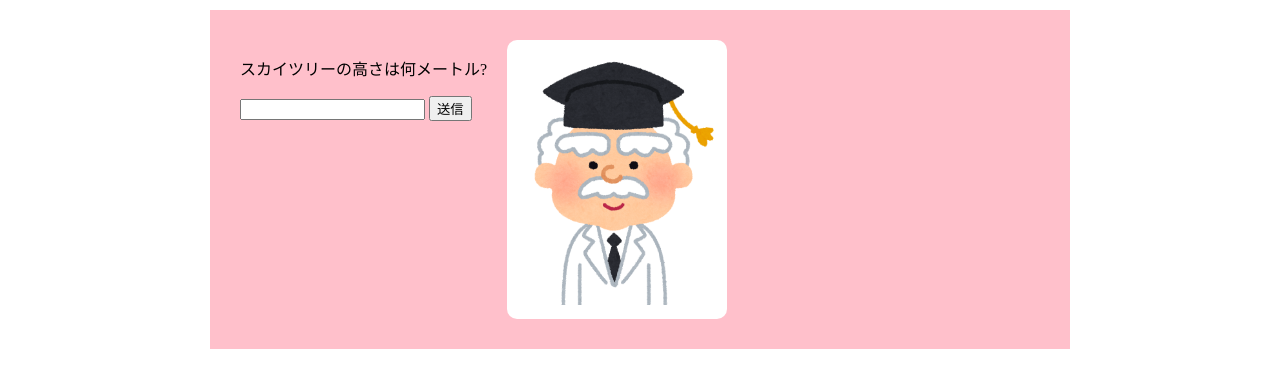
Repository: shotasuzuki01/shotaextest
Page: http://localhost/Quiz/
The author's editor kept a copy of each file at every save. The page is drawn from the files as they stood at one save, then again after the next save.
The browser window is 1280 px wide. The pictures show the whole page.
The page is served by Tomcat 9.

Above is the page before, as saved 2022-05-25 05:01:20.

### Quiz/WebContent/index.html
<!DOCTYPE html>
<html>
<head>
<meta charset="UTF-8">
<title>Quiz</title>
<link rel="stylesheet" href="/Quiz/css/main.css">
</head>
<body>
<div id="container">
	<div id="boxA">
		<p>スカイツリーの高さは何メートル?</p>
		<form action="/Quiz/Result" method="post">
			<input type="text" name="ans">
			<input type="submit" value="送信">
		</form>
	</div>
	<div id="boxB">
		<div class="imgBox">
			<img src="/Quiz/images/smile.png" alt="">
		</div>
	</div>
</div>
</body>
</html>

### Quiz/WebContent/css/main.css
@charset "UTF-8";
#container{
	width:800px;
	margin:10px auto;
	background:pink;
	display:flex;
	padding:30px;
}
#boxA{
	margin-right:20px;
}
#boxB .imgBox{
	border-radius:10px;
	overflow:hidden;
	width:200px;
	background:#fff;
	padding:18px 10px 10px;
}
#boxB .imgBox img{
	width:100%;
}

After the next save:
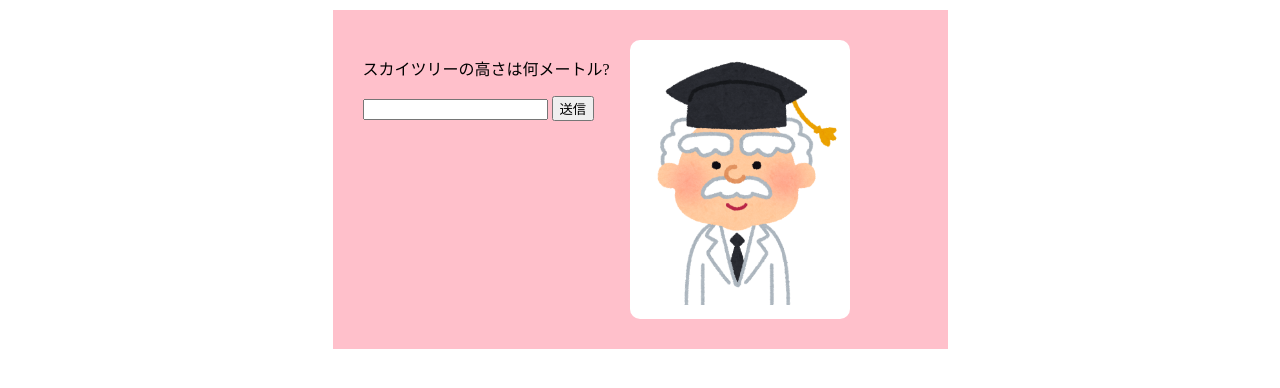
Saved 3 min 12 s later.
--- a/Quiz/WebContent/css/main.css
+++ b/Quiz/WebContent/css/main.css
@@ -1,6 +1,6 @@
 @charset "UTF-8";
 #container{
-	width:800px;
+	width:555px;
 	margin:10px auto;
 	background:pink;
 	display:flex;
